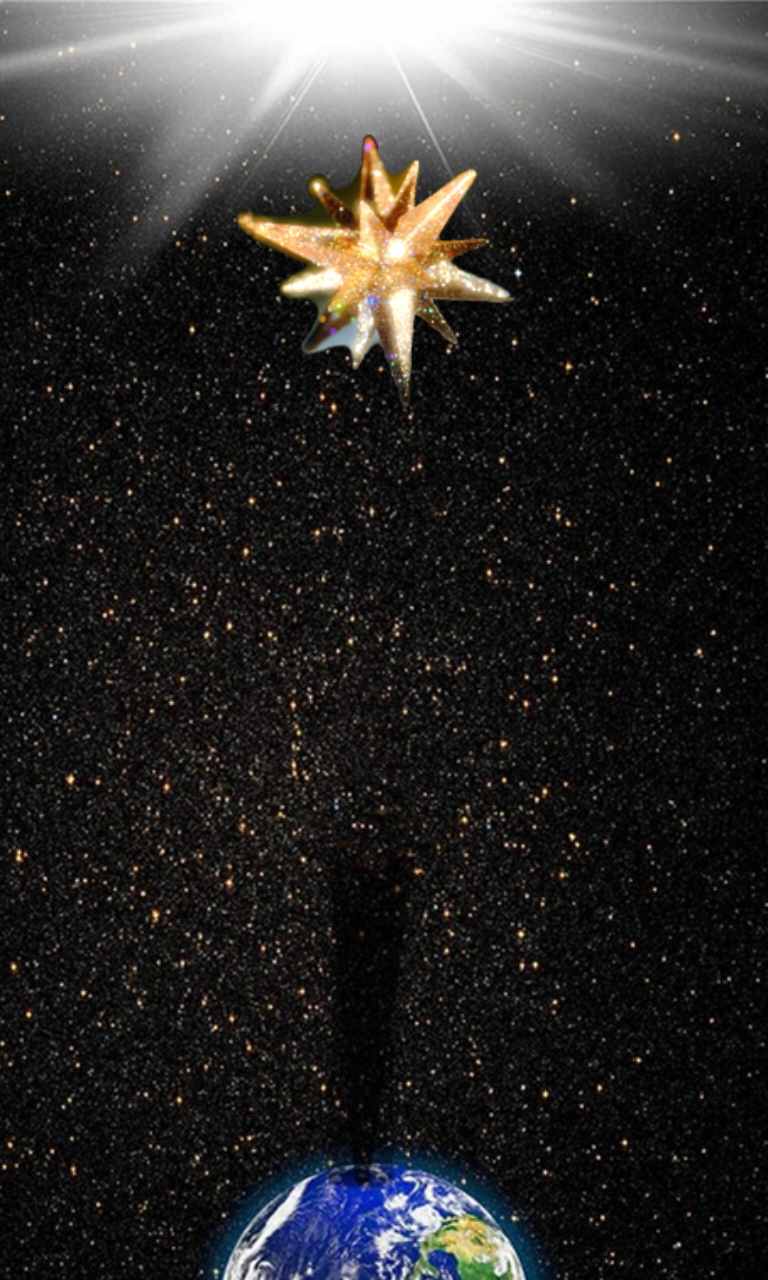
Repository: xianyun2014/StarPoint
Layout: game/res/layout/activity_main.xml
An editor plug-in stored every save of this project. The layout is shown before and after the next save, followed by the edit.
It is drawn on a 768 x 1280 px phone screen (xhdpi) without system bars, with theme AppTheme; the app's code is not run.

Above is the layout before, as saved 2014-11-14 06:24:30.

### game/res/layout/activity_main.xml
<RelativeLayout xmlns:android="http://schemas.android.com/apk/res/android"
    xmlns:tools="http://schemas.android.com/tools"
    android:layout_width="fill_parent"
    android:layout_height="fill_parent"
    tools:context="${relativePackage}.${activityClass}" >

    <ImageView
        android:id="@+id/imageView1"
        android:layout_width="fill_parent"
        android:layout_height="fill_parent"
        android:layout_alignParentTop="true"
        android:scaleType="fitXY"
        android:src="@drawable/back" />

    <ImageView
        android:id="@+id/imgStar"
        android:layout_width="150dp"
        android:layout_height="150dp"
        android:layout_alignParentTop="true"
        android:layout_centerHorizontal="true"
        android:layout_marginTop="54dp"
        android:scaleType="fitXY"
        android:src="@drawable/star" />

</RelativeLayout>

Loaded but not shown: game/res/values/styles.xml (common file); game/res/values-v11/styles.xml (common file); game/res/values-v14/styles.xml (common file)

After the next save:
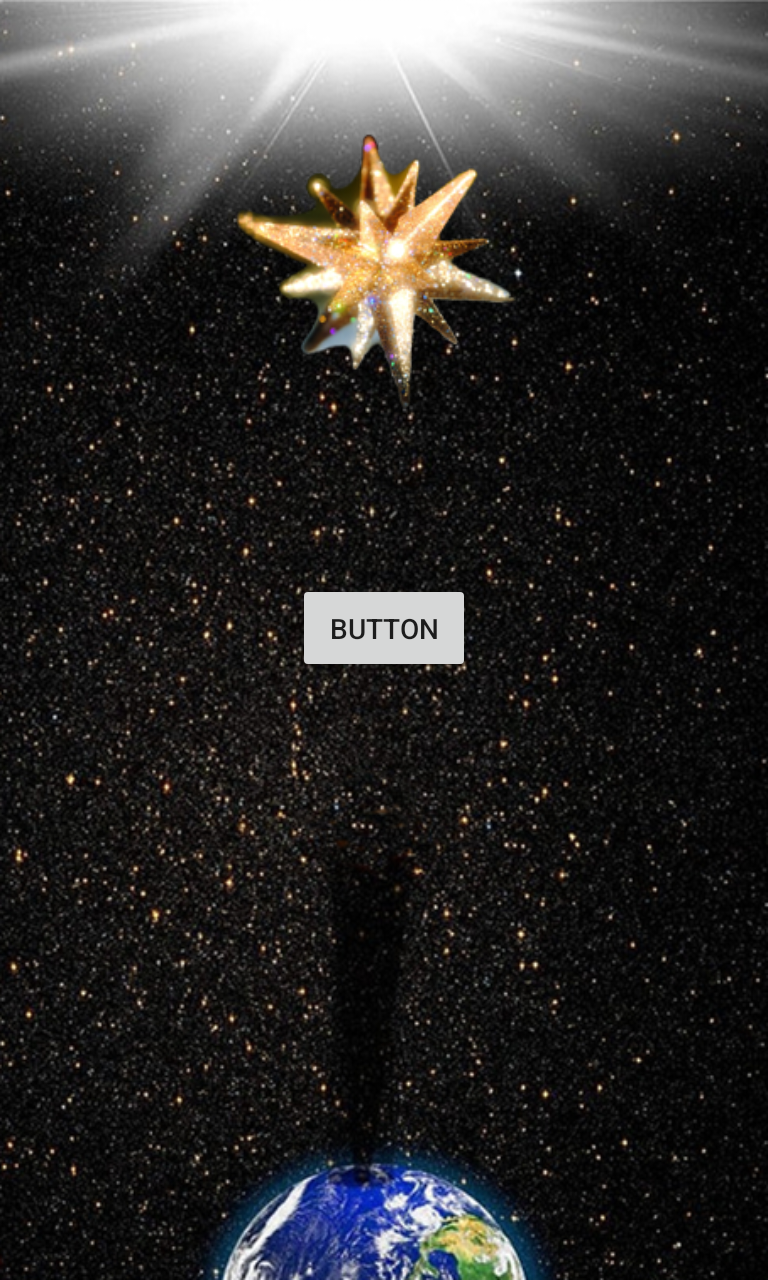
Saved 18 min 42 s later.
--- a/game/res/layout/activity_main.xml
+++ b/game/res/layout/activity_main.xml
@@ -22,4 +22,13 @@
         android:scaleType="fitXY"
         android:src="@drawable/star" />
 
+    <Button
+        android:id="@+id/button1"
+        android:layout_width="wrap_content"
+        android:layout_height="wrap_content"
+        android:layout_below="@+id/imgStar"
+        android:layout_centerHorizontal="true"
+        android:layout_marginTop="86dp"
+        android:text="Button" />
+
 </RelativeLayout>
